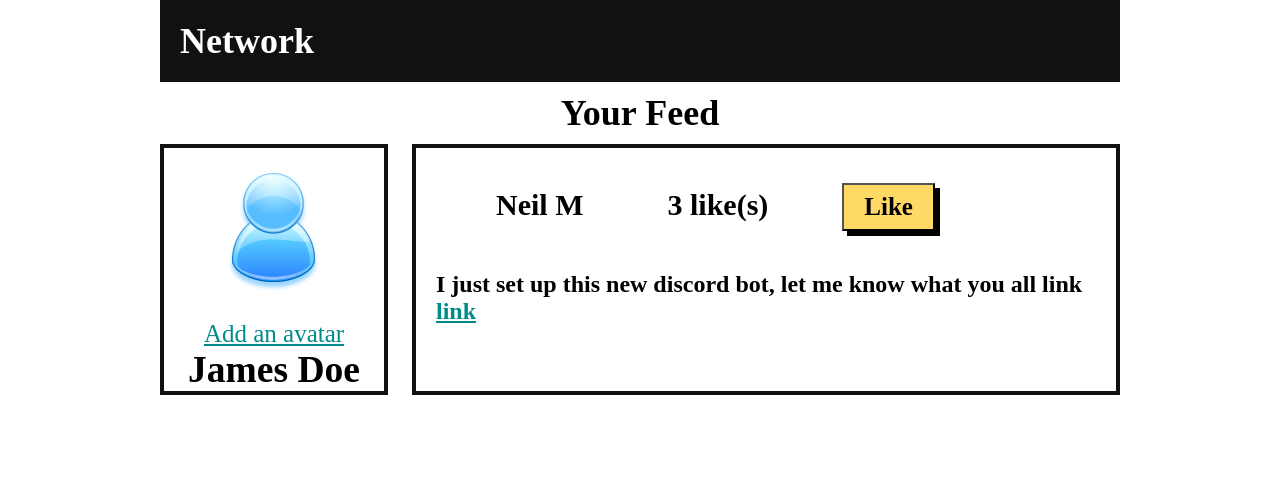
Repository: Blender20/liking_likes
Page: index.html
These files come from the project's save history. The page is drawn as it stood at one moment and after a run of saves; the edit follows.
The browser window is 1280 px wide. The pictures show the whole page.
Some web fonts or font styles are not loaded; a fallback is used.

Above is the page before, as saved 2022-03-30 11:04:01.

### index.html
<!DOCTYPE html>
<html lang="en">

<head>
  <meta charset="UTF-8">
  <meta http-equiv="X-UA-Compatible" content="IE=edge">
  <meta name="viewport" content="width=device-width, initial-scale=1.0">
  <link rel="stylesheet" href="style.css">
  <title>Document</title>
</head>

<body>
  <nav>
    <h1>Network</h1>
  </nav>
  <div class="feed">
    <h1>Your Feed</h1>
  </div>
  <div class="container flex">
    <div class="leftColumn">

      <div class="avatar">
        <img src="./user.png" alt="user icon">
      </div>
      <div class="addAvatar"><a href="#">Add an avatar</a>
      <h2>James Doe</h2>
      </div>
    </div>

    <div class="right">
      <h3>Neil M</h3>
      <h3><span id="likeCount">3</span> like(s)</h3>
      <button onclick="addLike()" id="like">Like</button>

      <div class="text-box">
        <h2>I just set up this new discord bot, let me know what you all link <a href="#">link</a></h2>
      </div>
    </div>
  </div>
  <script src="script.js"></script>
</body>

</html>

### style.css
@import url('https://fonts.googleapis.com/css2?family=Balsamiq+Sans:ital,wght@0,400;0,700;1,700&display=swap');
  *{
  padding: 0;
  margin: 0;
  box-sizing: border-box;
  font-family: 'Balsamiq Sans', cursive;
}

.flex {
  display: flex;
  justify-content: space-between;
  align-self: center;
  gap:1.5em;
}
nav{
  min-height: 70px;
  background-color: #111;
  display: block;
  width: 75%;
  margin: 0 auto;

  color: #fff;
  font-family: "balsamiq Sans";
  padding: 10px
}
.container {
  margin: 0 auto;
  width: 75%

}

 .leftColumn{
  border: 4px solid #111;
  margin-top: 50px;
  flex:1;
  margin: 0 auto;
  min-height: ;
 }

.right {
  border: 4px solid #111;
  /* justify-content: space-between; */
 /* align-items: center; */
 flex:3;
 min-height: 200px;
 padding: 20px;
}


h1 {

  font-size: 36px;
  padding: 10px;
}
h2 {
  display:inline-block



}
h3 {
  font-size: 30px;
  display: inline;
  padding-left: 40px;
  margin:20px;
  text-align: end;

}
.feed {
  text-align: center;
  justify-content: center;
}
.text-box {
  margin-top: 40px;
}
a {
  color: darkcyan
}


#like {
  background-color: #FFD966;
  padding: 8px 20px;
  margin-top: 15px;
  margin-left: 50px;
  font-weight: 900;
  font-size: 25px;
  box-shadow: 5px 5px;

}
.avatar{
  margin-top: 20px;
  text-align: center;

}
.addAvatar{
  margin-top: 20px;
  text-align: center;
  font-size: 25px;

}

### script.js
var likeCount = document.querySelector('#likeCount')
console.log(likeCount)
function addLike() {

  likeCount.innerText++;

}

After the next 5 saves:
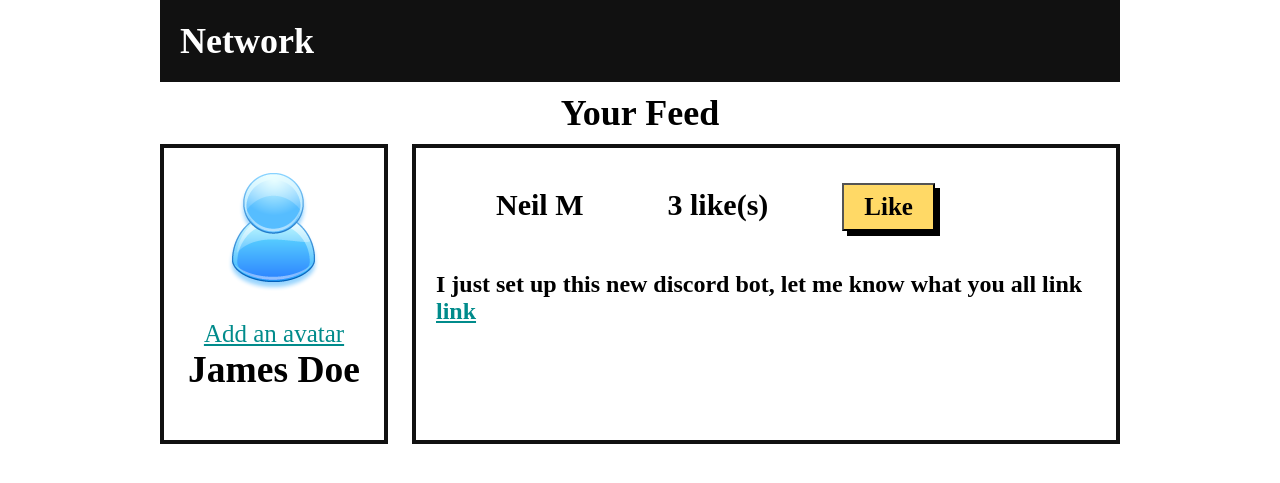
The 5 saves are shown as one change because they came seconds apart.
The last was saved 13 s later.
--- a/style.css
+++ b/style.css
@@ -34,7 +34,7 @@ nav{
   margin-top: 50px;
   flex:1;
   margin: 0 auto;
-  min-height: ;
+  min-height: 300px;
  }
 
 .right {
